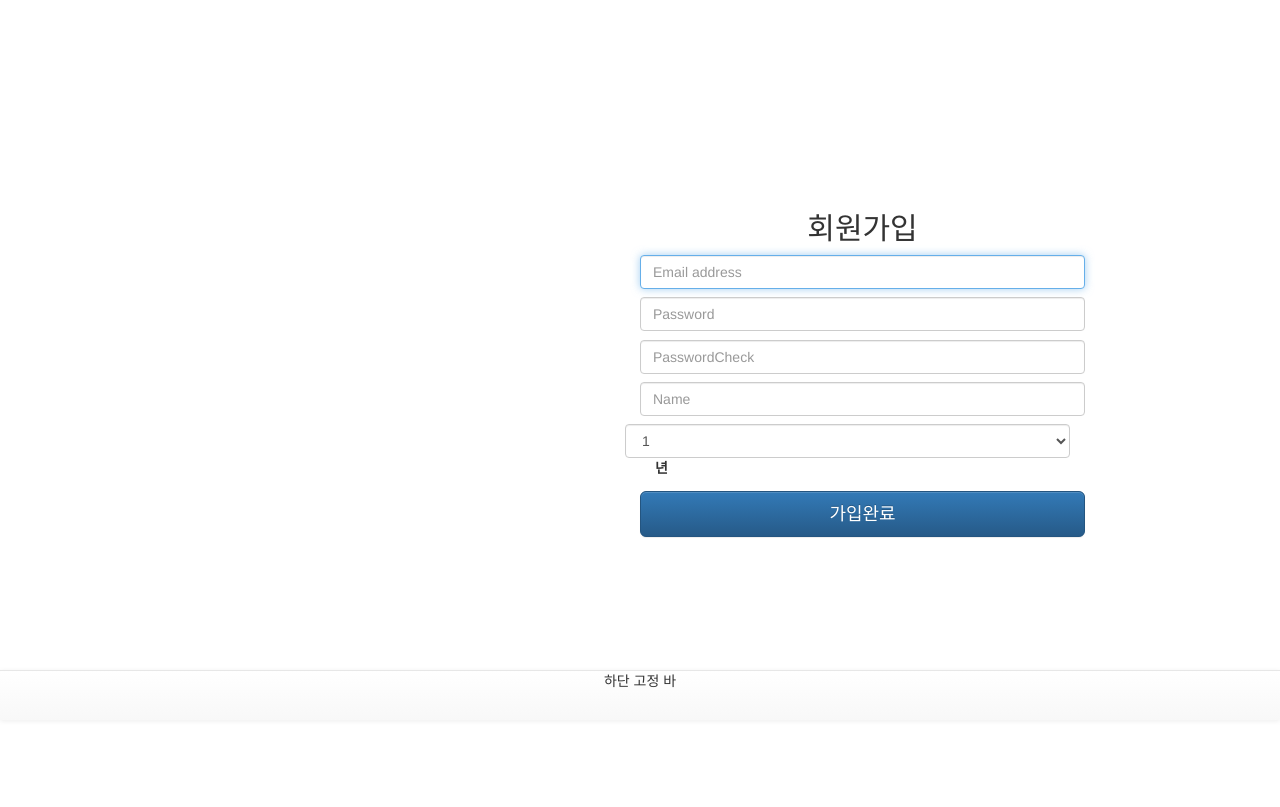
Repository: hrhwbp/Acorn-Final-Project
Page: http://localhost/final_project/index.jsp
The author's editor kept a copy of each file at every save. The page is drawn from the files as they stood at one save, then again after the next save.
The browser window is 1280 px wide. The pictures show the whole page.
Some web libraries are served in a nearby version. The page is served by Tomcat 9. Nobody is signed in. The application's start-up code is not run.

Above is the page before, as saved 2016-10-26 06:10:52.

After the next save:
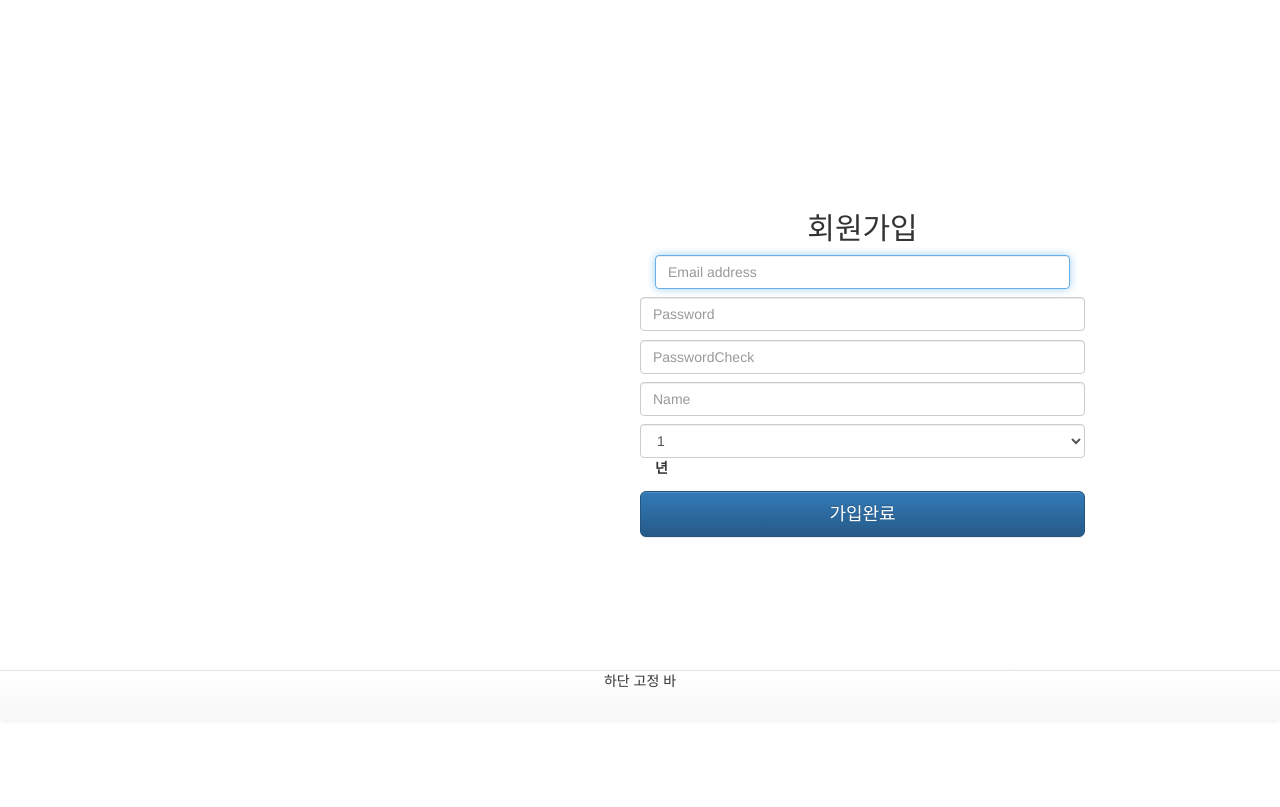
Saved 38 s later.
--- a/final_project/src/main/webapp/index.jsp
+++ b/final_project/src/main/webapp/index.jsp
@@ -56,7 +56,7 @@
 			<div class="row col-md-12">
 				<form class="form-signin">
 					<h2 class="form-signin-heading text-center">회원가입</h2>
-					<div class="row">
+					<div class="row-md-12">
 						<label for="inputEmail" class="sr-only">Email address</label> <input
 							type="email" id="inputEmail" class="form-control"
 							placeholder="Email address" required autofocus>
@@ -77,7 +77,7 @@
 							placeholder="Name" required>
 					</div>
 					<div class="row top_pd">
-						<select class="form-control row col-md-6">
+						<select class="form-control col-md-6">
 							<option>1</option>
 							<option>2</option>
 							<option>3</option>
